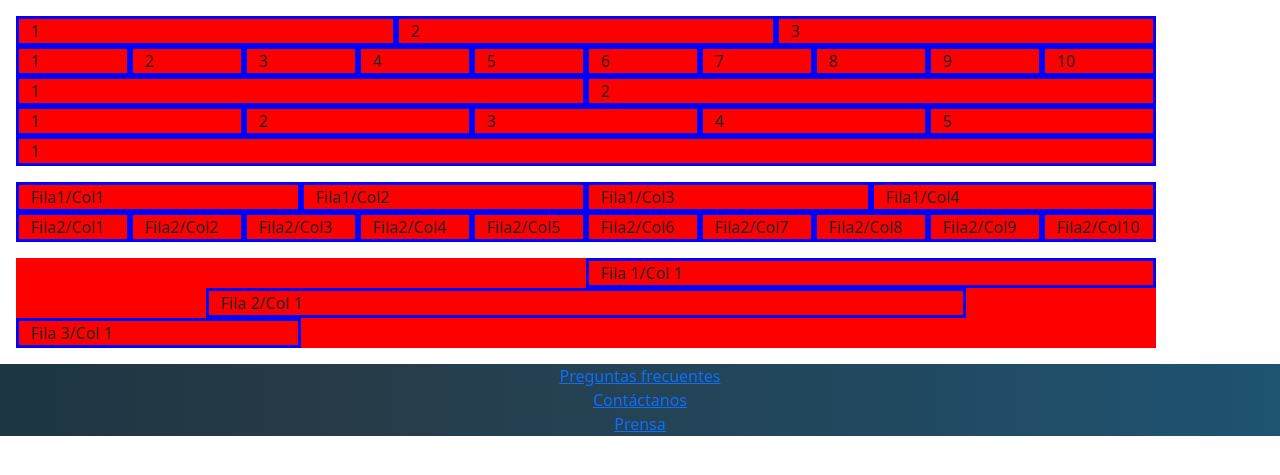
Repository: alexvl06/alexvl06.github.io
Page: index.html
The author's editor kept a copy of each file at every save. The page is drawn from the files as they stood at one save, then again after the next save.
The browser window is 1280 px wide. The pictures show the whole page.

Above is the page before, as saved 2022-07-11 08:47:41.

### index.html
<!DOCTYPE html>
<html lang="en">
  <head>
    <meta charset="utf-8" />
    <meta name="viewport" content="width=device-width, initial-scale=1" />
    <title>Bootstrap demo</title>
    <link
      href="https://cdn.jsdelivr.net/npm/bootstrap@5.2.0-beta1/dist/css/bootstrap.min.css"
      rel="stylesheet"
      integrity="sha384-0evHe/X+R7YkIZDRvuzKMRqM+OrBnVFBL6DOitfPri4tjfHxaWutUpFmBp4vmVor"
      crossorigin="anonymous"
    />
    <link rel="stylesheet" href="index.css" />
  </head>
  <body>
    <div class="container m-3" style="background: red">
      <div class="row">
        <div class="col" style="border: solid blue">1</div>
        <div class="col" style="border: solid blue">2</div>
        <div class="col" style="border: solid blue">3</div>
      </div>
      <div class="row">
        <div class="col" style="border: solid blue">1</div>
        <div class="col" style="border: solid blue">2</div>
        <div class="col" style="border: solid blue">3</div>
        <div class="col" style="border: solid blue">4</div>
        <div class="col" style="border: solid blue">5</div>
        <div class="col" style="border: solid blue">6</div>
        <div class="col" style="border: solid blue">7</div>
        <div class="col" style="border: solid blue">8</div>
        <div class="col" style="border: solid blue">9</div>
        <div class="col" style="border: solid blue">10</div>
      </div>
      <div class="row">
        <div class="col" style="border: solid blue">1</div>
        <div class="col" style="border: solid blue">2</div>
      </div>
      <div class="row">
        <div class="col" style="border: solid blue">1</div>
        <div class="col" style="border: solid blue">2</div>
        <div class="col" style="border: solid blue">3</div>
        <div class="col" style="border: solid blue">4</div>
        <div class="col" style="border: solid blue">5</div>
      </div>
      <div class="row">
        <div class="col" style="border: solid blue">1</div>
      </div>
    </div>

    <div class="container m-3" style="background: red">
      <div class="row">
        <div class="col-6 col-md-3" style="border: solid blue">Fila1/Col1</div>
        <div class="col-6 col-md-3" style="border: solid blue">Fila1/Col2</div>
        <div class="col-6 col-md-3" style="border: solid blue">Fila1/Col3</div>
        <div class="col-6 col-md-3" style="border: solid blue">Fila1/Col4</div>
      </div>
      <div class="row">
        <div class="col-12 col-md-6 col-lg" style="border: solid blue">
          Fila2/Col1
        </div>
        <div class="col-12 col-md-6 col-lg" style="border: solid blue">
          Fila2/Col2
        </div>
        <div class="col-12 col-md-6 col-lg" style="border: solid blue">
          Fila2/Col3
        </div>
        <div class="col-12 col-md-6 col-lg" style="border: solid blue">
          Fila2/Col4
        </div>
        <div class="col-12 col-md-6 col-lg" style="border: solid blue">
          Fila2/Col5
        </div>
        <div class="col-12 col-md-6 col-lg" style="border: solid blue">
          Fila2/Col6
        </div>
        <div class="col-12 col-md-6 col-lg" style="border: solid blue">
          Fila2/Col7
        </div>
        <div class="col-12 col-md-6 col-lg" style="border: solid blue">
          Fila2/Col8
        </div>
        <div class="col-12 col-md-6 col-lg" style="border: solid blue">
          Fila2/Col9
        </div>
        <div class="col-12 col-md-6 col-lg" style="border: solid blue">
          Fila2/Col10
        </div>
      </div>
    </div>

    <div class="container m-3" style="background: red">
      <div class="row">
        <div class="col-12 col-md-6 offset-md-6" style="border: solid blue">
          Fila 1/Col 1
        </div>
      </div>
      <div class="row">
        <div class="col-8 offset-md-2" style="border: solid blue">
          Fila 2/Col 1
        </div>
      </div>
      <div class="row">
        <div class="col-3 offset-9 offset-md-0" style="border: solid blue">
          Fila 3/Col 1
        </div>
      </div>
    </div>

    <footer id="footer">
      <div class="container">
        <div class="row text-center">
          <div class="col-12">
            <a href="#">Preguntas frecuentes</a>
          </div>
          <div class="col-12">
            <a href="#">Contáctanos</a>
          </div>
          <div class="col-12">
            <a href="#">Prensa</a>
          </div>
        </div>
      </div>
    </footer>
    <script
      src="https://cdn.jsdelivr.net/npm/bootstrap@5.2.0-beta1/dist/js/bootstrap.bundle.min.js"
      integrity="sha384-pprn3073KE6tl6bjs2QrFaJGz5/SUsLqktiwsUTF55Jfv3qYSDhgCecCxMW52nD2"
      crossorigin="anonymous"
    ></script>
  </body>
</html>

### index.css
#footer{
  background: linear-gradient(90deg, #1c3643, #273b47 25%, #1e5372)
}

After the next save:
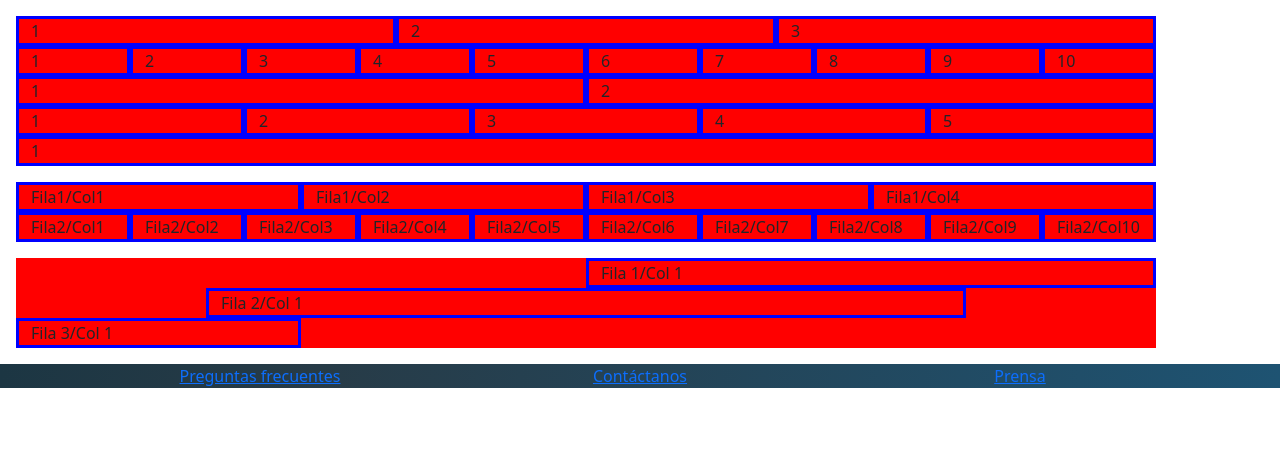
Saved 39 s later.
--- a/index.html
+++ b/index.html
@@ -109,13 +109,13 @@
     <footer id="footer">
       <div class="container">
         <div class="row text-center">
-          <div class="col-12">
+          <div class="col-12 col-lg">
             <a href="#">Preguntas frecuentes</a>
           </div>
-          <div class="col-12">
+          <div class="col-12 col-lg">
             <a href="#">Contáctanos</a>
           </div>
-          <div class="col-12">
+          <div class="col-12 col-lg">
             <a href="#">Prensa</a>
           </div>
         </div>
